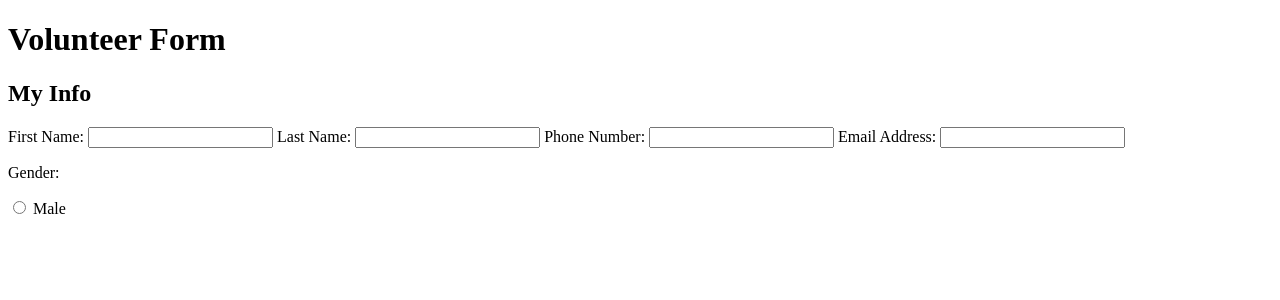
Repository: rishondass/ITMD361-Lab4
Page: index.html
An editor plug-in stored every save of this project. The page is shown before and after a run of saves, followed by the edit.
The browser window is 1280 px wide. The pictures show the whole page.

Above is the page before, as saved 2023-01-13 14:57:07.

### index.html
<!DOCTYPE html>
<html lang="en">
<head>
    <meta charset="UTF-8">
    <meta http-equiv="X-UA-Compatible" content="IE=edge">
    <meta name="viewport" content="width=device-width, initial-scale=1.0">
    <title>Lab 4</title>
</head>
<body>
    <h1>
        Volunteer Form
    </h1>
    <h2>
        My Info
    </h2>

    <form action="POST">
        <label for="first_name_field">First Name:</label>
        <input type="text" name="first_name_field">

        <label for="last_name_field">Last Name:</label>
        <input type="text" name="last_name_field">

        <label for="phone_field">Phone Number:</label>
        <input type="phone" name="phone_field">

        <label for="email_field">Email Address:</label>
        <input type="email" name="email_field">

        <p>Gender:</p>
        <input type="radio" name="gender_field" value="Male">
        <label for="gender_field">Male</label>
    </form>
</body>
</html>

After the next 2 saves:
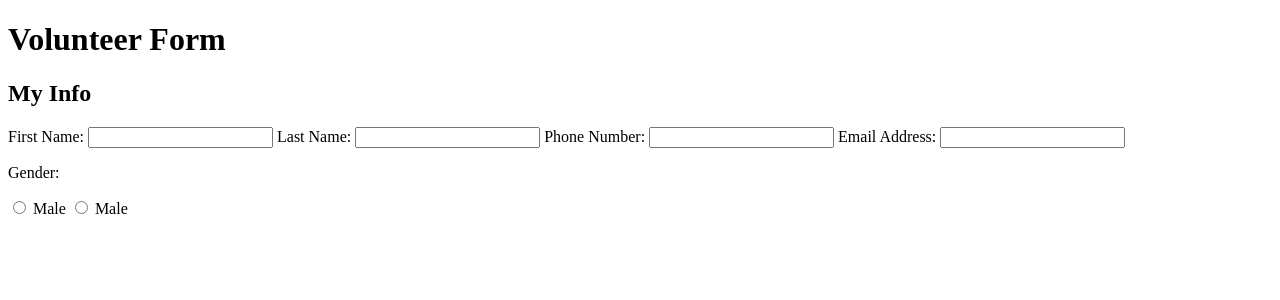
The 2 saves are shown as one change because they came seconds apart.
The last was saved 12 s later.
--- a/index.html
+++ b/index.html
@@ -30,6 +30,8 @@
         <p>Gender:</p>
         <input type="radio" name="gender_field" value="Male">
         <label for="gender_field">Male</label>
+        <input type="radio" name="gender_field" value="Female">
+        <label for="gender_field">Male</label>
     </form>
 </body>
 </html>
